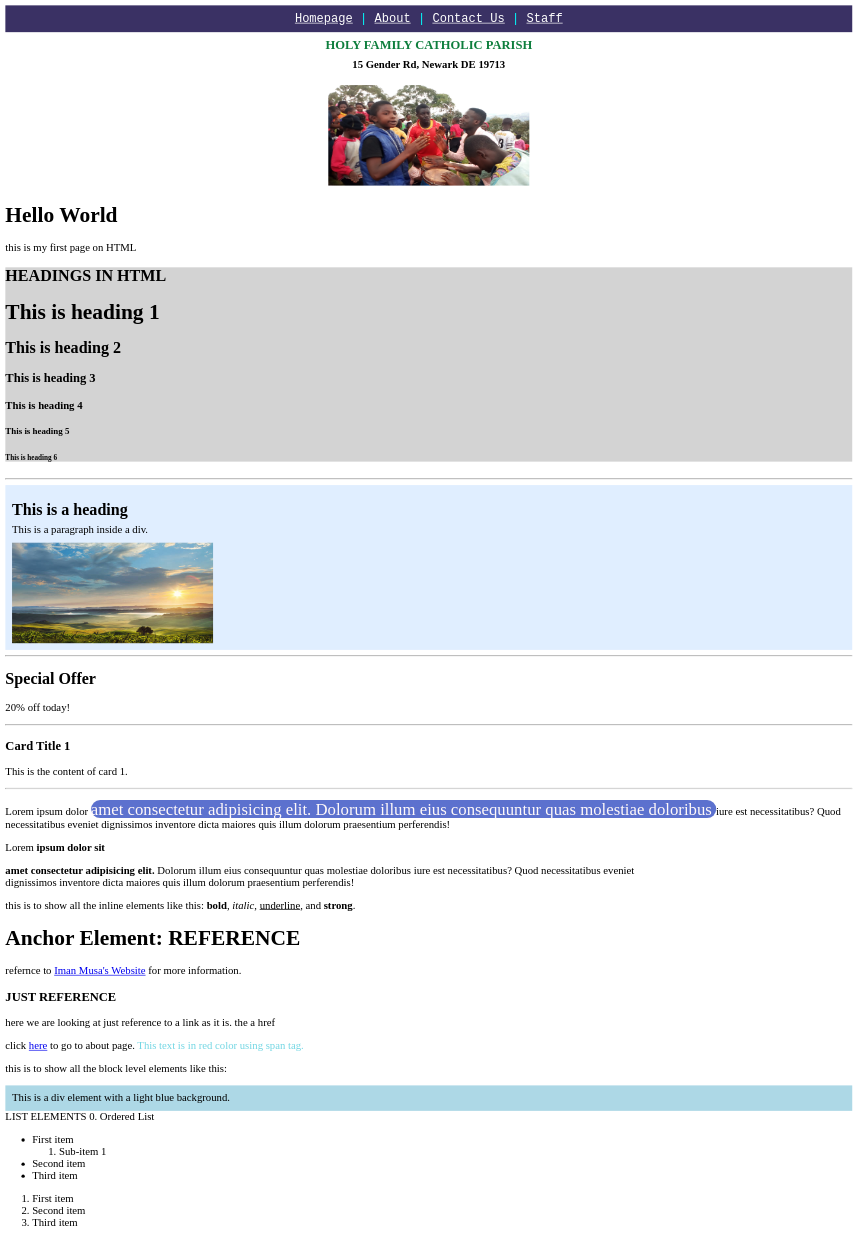
Repository: ficotims/HTML-RESTART
Page: Homepage.html
An editor plug-in stored every save of this project. The page is shown before and after the next save, followed by the edit.
The browser window is 1280 px wide. The pictures show the whole page, at 67% of full size.

Above is the page before, as saved 2026-02-10 16:38:56.

### Homepage.html
<!doctype html>
<html lang="en">
  <head>
    <meta charset="UTF-8" />
    <meta name="viewport" content="width=device-width, initial-scale=1.0" />
    <title>HTML Crash course with Iman Musa</title>
    <link rel="stylesheet" href="Style 1.css"/>
  </head>
  <body>

    <!-- NAVIGATION SECTION -->
        <div style="background-color: rgb(58, 49, 100); padding: 10px; text-align: center; color: aqua; font-size: 18px; font-family: monospace, Lemon milk;">
    <a href="Homepage.html" target="_top" style="color: white;">Homepage</a> |
    <a href="about.html" style="color: white;">About</a> | <a href="Contact us.html" style="color: white;">Contact Us</a> |
    <a href="staff.html" style="color: white;">Staff</a>
     </div>

 <div style="text-align: center;">
    <h3><span style="color: rgb(14, 126, 61);"><div style="line-height: 0;">HOLY FAMILY CATHOLIC PARISH</b></span></h3>
    <H4>15 Gender Rd, Newark DE 19713</H4>
    <img
        src="images/Acension.jpg"
        alt="Catholic Church Logo"
        width="300"
        height="150"
      />
      </div>

    <h1>Hello World</h1>
    <p>this is my first page on HTML</p>
    <!-- this is a comment and will not appear on the screen/ page -->
    <!-- let us introduce the headings -->
    <div style="background-color: lightgray; padding: px; text-align: left">
      <h2>HEADINGS IN HTML</h2>
    <h1>This is heading 1</h1>
    <h2>This is heading 2</h2>
    <h3>This is heading 3</h3>
    <h4>This is heading 4</h4>
    <h5>This is heading 5</h5>
    <h6>This is heading 6</h6>
    </div>

    <!-- here we are starting off LEARNING HOW TO USE THE <div> TAG -->
 <hr>
      <div style="background-color: rgb(224, 238, 255); padding: 10px; text-align: left; line-height: 0.5;">
  <h2>This is a heading</h2>
  <p>This is a paragraph inside a div.</p>
  <img src="images/landscape.jpg" alt="Landscape" width="300"
        height="150" />
</div>
<hr>
<div class="highlight-box">
  <h2>Special Offer</h2>
  <p>20% off today!</p>
</div>
<hr>

  <!-- SECTION AND CARDS -->
<section class="container">
  <div class="card">
    <h3>Card Title 1</h3>
    <p>This is the content of card 1.</p>
  </div>
  <div class="card">

</section>

  <hr>
    <!-- thi is for paragraphs now -->
    <p>
      Lorem ipsum dolor <span class="body1">amet consectetur adipisicing elit. Dolorum illum
      eius consequuntur quas molestiae doloribus </span> iure est necessitatibus? Quod
      necessitatibus eveniet dignissimos inventore dicta maiores quis illum
      dolorum praesentium perferendis!
    </p>

    <p>
      Lorem <b>ipsum dolor sit <div>amet consectetur adipisicing elit.</b> Dolorum
      illum eius consequuntur quas molestiae doloribus iure est necessitatibus?
      Quod necessitatibus eveniet </div>dignissimos inventore dicta maiores quis illum
      dolorum praesentium perferendis!
    </p>


    <!-- this is for inline leve elements -->

    <p>
      this is to show all the inline elements like this: <b>bold</b>,
      <i>italic</i>, <u>underline</u>, and <strong>strong</strong>.
      <br />

      <!-- using the other inline elements: Anchor Elements (which are just links) -->
    </p>
    <h1>Anchor Element: REFERENCE</h1>
    refernce to
    <a href="https://www.google.com" target="_blank">Iman Musa's Website</a> for
    more information.
    <h3>JUST REFERENCE</h3>
    <p>here we are looking at just reference to a link as it is. the a href</p>
    click <a href="about.html" target="_blank">here</a> to go to about page.

    <!-- SPAN ELEMENT -->
    <span style="color: rgba(31, 190, 211, 0.63)">This text is in red color using span tag.</span>
    <p>
      <!-- now let us introduce the block level elements -->
      this is to show all the block level elements like this:
    </p>

    <div style="background-color: lightblue; padding: 10px">
      This is a div element with a light blue background.
    </div>

    <!-- this is LIST -->
<hi2>LIST ELEMENTS</h2>

    0. Ordered List

    <ul>
      <li>First item</li>
      <ol><li>Sub-item 1</li></ol>
      <li>Second item</li>
      <li>Third item</li>
    </ul>

    <ol>
      <li>First item</li>
      <li>Second item</li>
      <li>Third item</li>
    </ol>
  </body>
</html>

### Style 1.css
.body1 {
    color: rgb(255, 249, 249);
    background-color: rgb(92, 113, 206);
    border-radius: 50px;
    font-size: 25px;
}

.flyout {
    border: none;
    background-color: lightgreen;
    color: rgb(0, 0, 0);
    padding: 20px;
    margin: 15px;
    height: 250px;
    width: 200px;
}

After the next save:
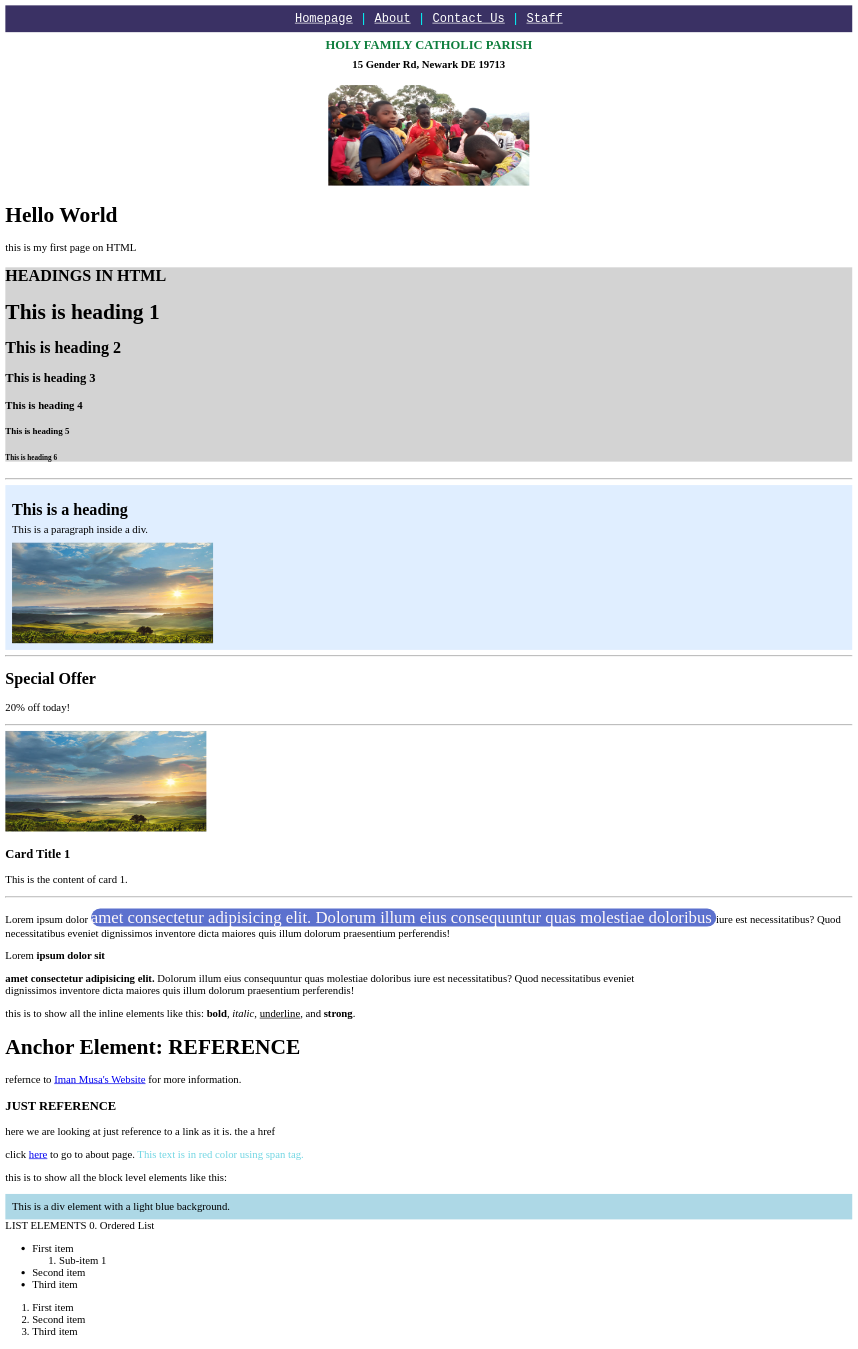
Saved 52 s later.
--- a/Homepage.html
+++ b/Homepage.html
@@ -58,6 +58,8 @@
   <!-- SECTION AND CARDS -->
 <section class="container">
   <div class="card">
+    <div class="card-image">
+      <img src="images/landscape.jpg" alt="Card Image" width="300" height="150" />
     <h3>Card Title 1</h3>
     <p>This is the content of card 1.</p>
   </div>
